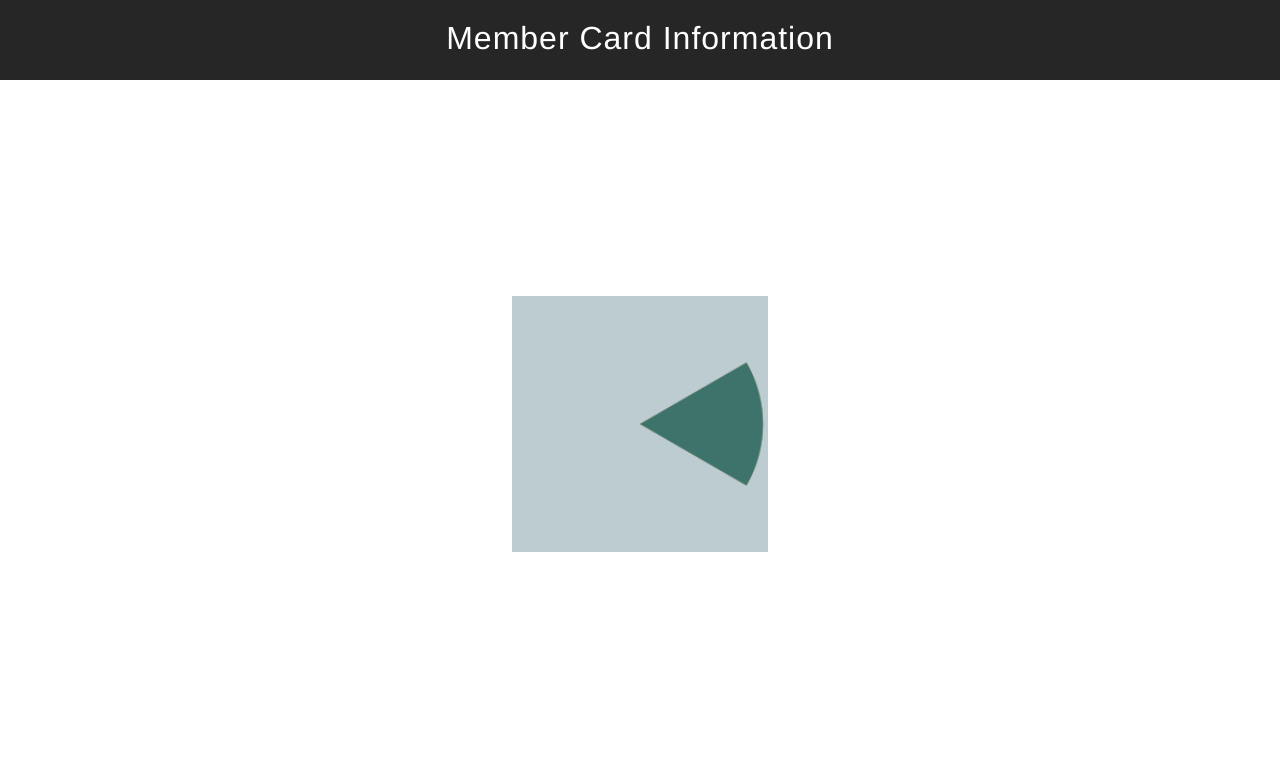
Repository: Leooook/lzhao-fed-test
Page: /
These files come from the project's save history. The page is drawn as it stood at one moment and after the next save; the edit follows.
The browser window is 1280 px wide. The pictures show the whole page.
The page's requests for data from a server got no answer. The project was rebuilt for these pictures with package versions that can differ from the ones it lists, and the page was loaded fresh each time. No one was signed in, and anything a server would have sent is missing. Also part of the build but not shown: src/components/detail.jsx.

Above is the page before, as saved 2021-03-15 18:26:17.

### src/index.html
<!DOCTYPE html>
<html lang="en">
	<head>
		<meta charset="utf-8" />
		<meta http-equiv="X-UA-Compatible" content="IE=edge,chrome=1" />
		<title>Member Card Info</title>
		<meta name="description" content="" />
		<meta name="viewport" content="width=device-width, initial-scale=1.0, maximum-scale=1.0, user-scalable=no" />
	</head>
	<body>
		<div id="root" class="react-root"></div>
	</body>
</html>

### src/App.js
import React from 'react';

import './App.css'
import Header from './components/header.jsx'
import Feature from './components/feature.jsx'

export default function App() {
	return (
    <div className='app'>
      <Header />
      <Feature />
    </div>
  )
}

### src/App.css
* {
	margin: 0;
	padding: 0;
	box-sizing: border-box;
}
:root {
	--nav-black: rgba(14, 14, 14, 0.897);
	--white: rgb(255, 255, 255);
	--deep-blue: rgb(36, 122, 192);
	--light-blue: rgb(72, 139, 194);
	--grey: rgb(189, 189, 189);
	--light-grey: rgb(209, 209, 209);
	--capitial: 'Franklin Gothic Medium', 'Arial Narrow', Arial, sans-serif;
}
.app {
	width: 100vw;
	min-height: 100vh;
}
/* header */
.header {
	background-color: var(--nav-black);
	height: 80px;
	padding: 20px;
	font-size: 2rem;
	font-family: var(--capitial);
	text-align: center;
	color: var(--white);
	letter-spacing: 1px;
}
/* end of header */
/* loader */
.load {
	width: 100%;
}
.loadPic {
	width: 20%;
	margin: 30vh 40%;
}
/* end of loader */
/* feature */
.feature {
	padding: 60px 30px;
	display: grid;
	grid-template-columns: repeat(auto-fill, minmax(500px, 1fr));
	grid-row-gap: 4rem;
	grid-column-gap: 5rem;
}
/* end of feature */
/* detail */
.detail {
	max-width: 80vw;
	background: linear-gradient(to bottom, rgb(126, 126, 126) 0%, transparent 50%, rgb(126, 126, 126));
}
/* end of detail */

### src/components/header.jsx
import React, { Component } from 'react'

class Header extends Component {
	render() {
		return <section className="header">Member Card Information</section>
	}
}

export default Header

### src/components/feature.jsx
import React, { Component } from 'react'

import Loader from './loader.jsx'
import Detail from './detail.jsx'

class Feature extends Component {
	state = {
		dataSet: [],
		dataAmount: 6
	}

	fetchData = () => {
		fetch('https://randomuser.me/api/', {
			method: 'GET'
		})
			.then((response) => response.json())
			.then((data) => {
				let dataSet = this.state.dataSet
				dataSet.push(data.results[0])
				this.setState({ dataSet })
			})
			.catch((error) => {
				console.error('Error:', error)
			})
	}

	componentDidMount() {
		for (let i = 0; i < this.state.dataAmount; i++) {
			this.fetchData()
		}
	}

	render() {
		if (this.state.dataSet.length === 0 || this.state.dataSet.length % 6 !== 0) {
			return <Loader />
		} else {
			return (
				<section className="feature">
					{this.state.dataSet.map((each, key) => <Detail key={key} data={each} />)}
				</section>
			)
		}
	}
}

export default Feature

### src/components/loader.jsx
import React from 'react'

import loadPic from '../images/load.gif'

function Loader() {
	return (
		<section className="load">
			<img src={loadPic} className="loadPic" alt="load" />
		</section>
	)
}

export default Loader

Loaded but not shown: src/index.js (common file)

After the next save:
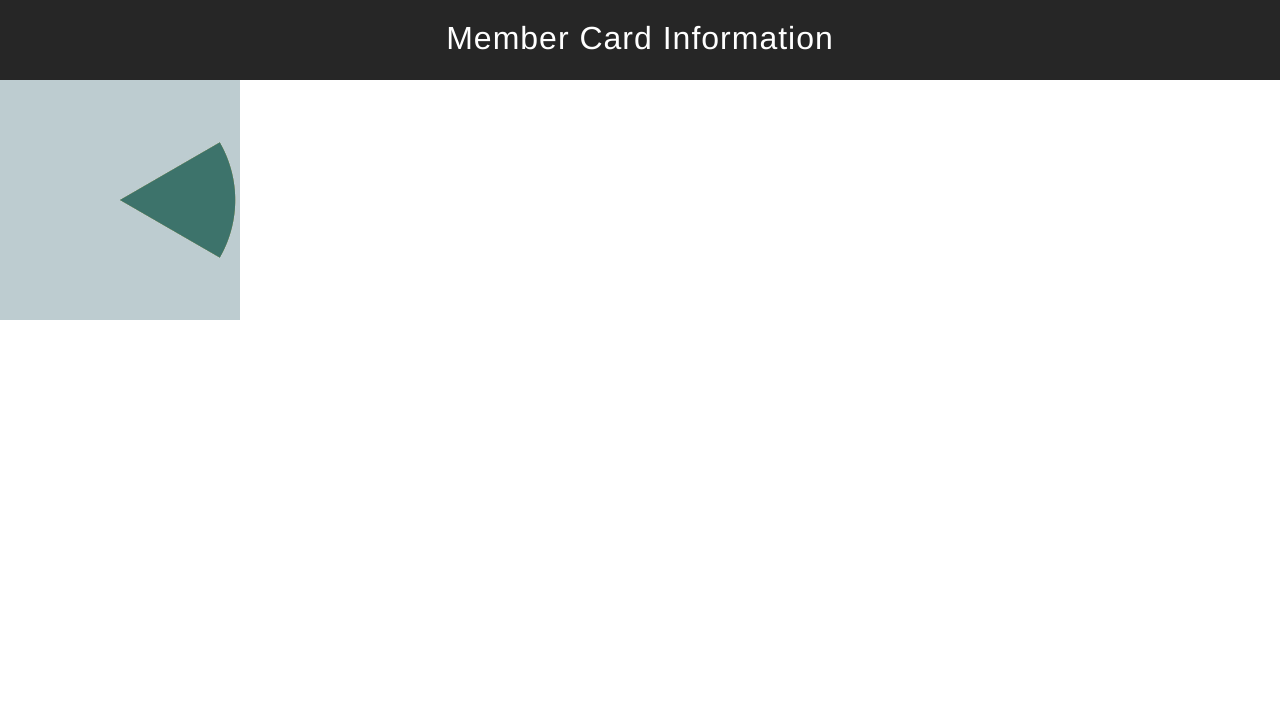
Saved 5 s later.
--- a/src/App.css
+++ b/src/App.css
@@ -28,27 +28,3 @@
 	letter-spacing: 1px;
 }
 /* end of header */
-/* loader */
-.load {
-	width: 100%;
-}
-.loadPic {
-	width: 20%;
-	margin: 30vh 40%;
-}
-/* end of loader */
-/* feature */
-.feature {
-	padding: 60px 30px;
-	display: grid;
-	grid-template-columns: repeat(auto-fill, minmax(500px, 1fr));
-	grid-row-gap: 4rem;
-	grid-column-gap: 5rem;
-}
-/* end of feature */
-/* detail */
-.detail {
-	max-width: 80vw;
-	background: linear-gradient(to bottom, rgb(126, 126, 126) 0%, transparent 50%, rgb(126, 126, 126));
-}
-/* end of detail */

After the save that followed:
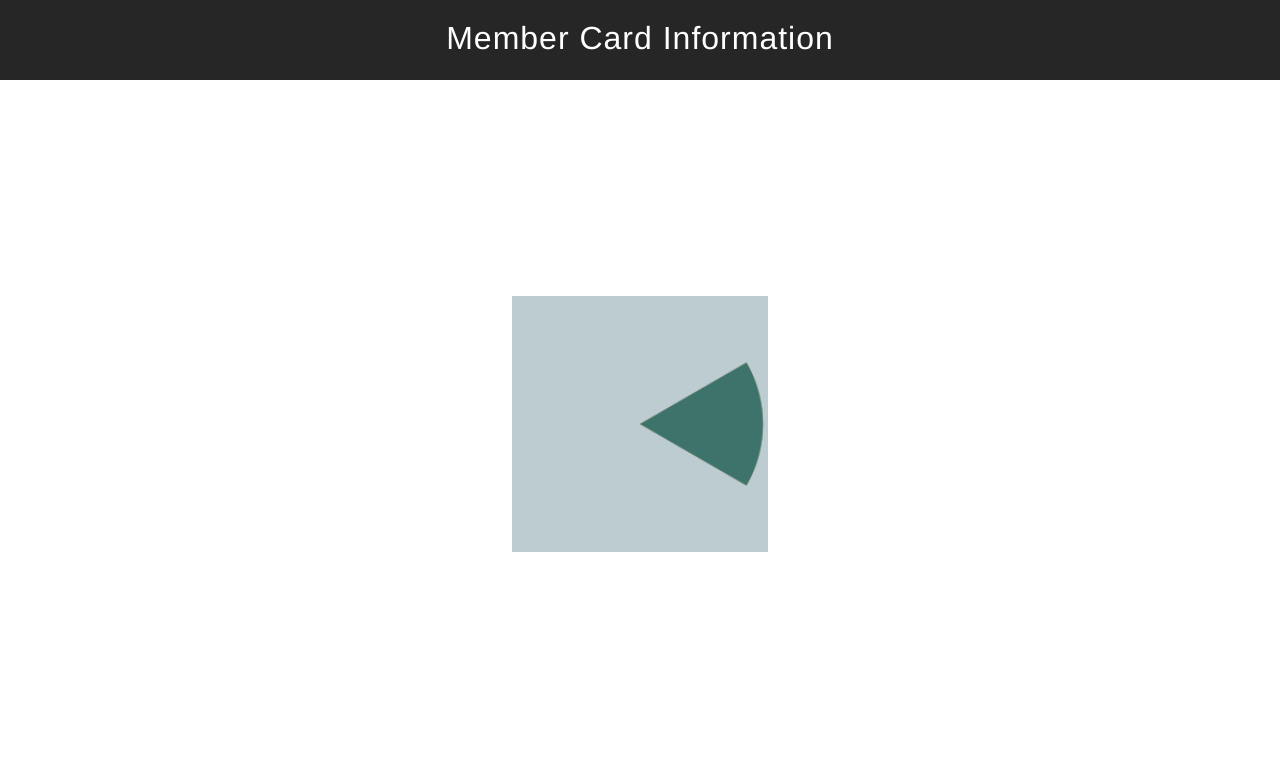
Saved 12 s later.
--- a/src/App.css
+++ b/src/App.css
@@ -28,3 +28,27 @@
 	letter-spacing: 1px;
 }
 /* end of header */
+/* loader */
+.load {
+	width: 100%;
+}
+.loadPic {
+	width: 20%;
+	margin: 30vh 40%;
+}
+/* end of loader */
+/* feature */
+.feature {
+	padding: 60px 30px;
+	display: grid;
+	grid-template-columns: repeat(auto-fill, minmax(500px, 1fr));
+	grid-row-gap: 4rem;
+	grid-column-gap: 5rem;
+}
+/* end of feature */
+/* detail */
+.detail {
+	max-width: 80vw;
+	background: linear-gradient(to bottom, rgb(126, 126, 126) 0%, transparent 50%, rgb(126, 126, 126));
+}
+/* end of detail */
